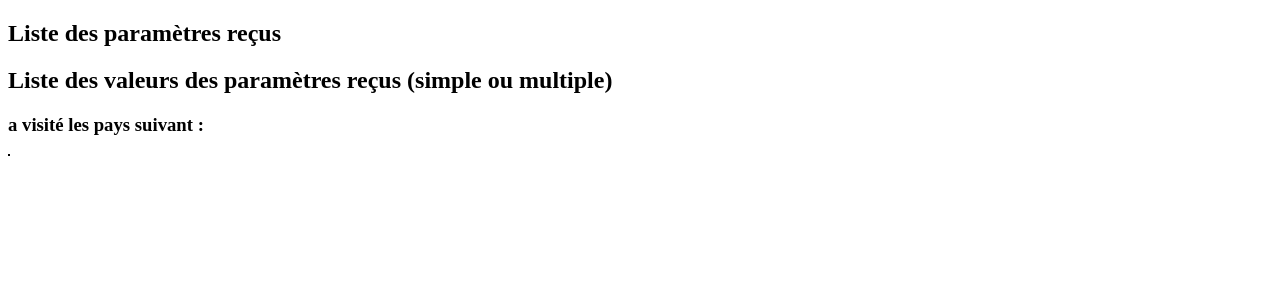
Repository: big73/NFE114
Page: http://localhost/Seance3_params_JSP/afficheForm.jsp
An editor plug-in stored every save of this project. The page is shown before and after the next save, followed by the edit.
The browser window is 1280 px wide. The pictures show the whole page.
The page is served by Tomcat 9.

Above is the page before, as saved 2015-12-28 14:56:14.

After the next save:
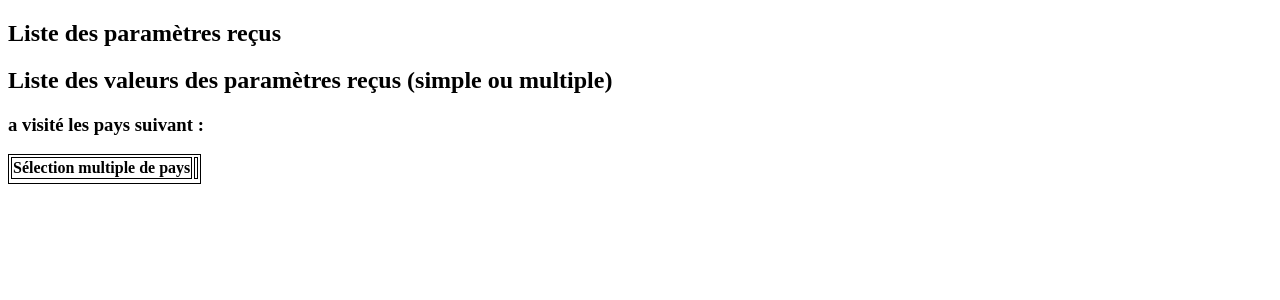
Saved 43 s later.
--- a/Seance3_params_JSP/WebContent/afficheForm.jsp
+++ b/Seance3_params_JSP/WebContent/afficheForm.jsp
@@ -36,6 +36,10 @@
 	</h3>
 	<table border="1">
 		<tr>
+			<th>Sélection multiple de pays</th>
+			<td>
+
+			</td>
 		</tr>
 		<tr>
 		</tr>
